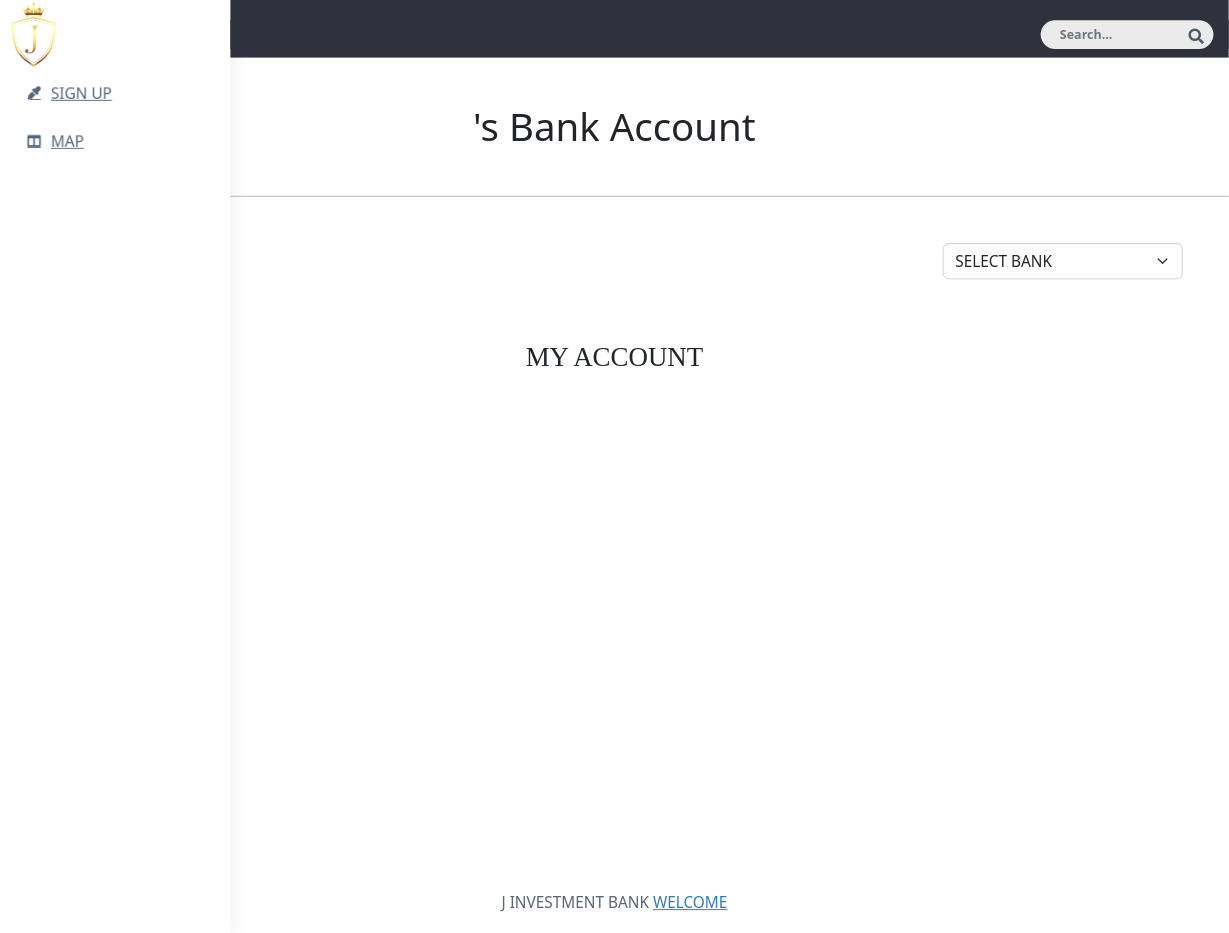
Repository: chopilyeon/HanaOpenBanking
Page: http://localhost/OpenBanking/jsp/bank/checkAccount.jsp
An editor plug-in stored every save of this project. The page is shown before and after the next save, followed by the edit.
The browser window is 1280 px wide. The pictures show the whole page, at 96% of full size.
Some web fonts or font styles are not loaded; a fallback is used. The page is served by Tomcat 9. Other server files are loaded and not shown.

Above is the page before, as saved 2022-08-01 11:53:49.
Console error: SyntaxError: Unexpected token ')'

### OpenBanking/src/main/webapp/jsp/bank/checkAccount.jsp
<%@ page language="java" contentType="text/html; charset=UTF-8"
    pageEncoding="UTF-8"%>
<%@ taglib prefix="c" uri="http://java.sun.com/jsp/jstl/core" %>
<!DOCTYPE html>
<html>
<head>
<meta charset="utf-8">
    <meta http-equiv="X-UA-Compatible" content="IE=edge">
    <!-- Tell the browser to be responsive to screen width -->
    <meta name="viewport" content="width=device-width, initial-scale=1">
    <meta name="keywords"
        content="wrappixel, admin dashboard, html css dashboard, web dashboard, bootstrap 5 admin, bootstrap 5, css3 dashboard, bootstrap 5 dashboard, Ample lite admin bootstrap 5 dashboard, frontend, responsive bootstrap 5 admin template, Ample admin lite dashboard bootstrap 5 dashboard template">
    <meta name="description"
        content="Ample Admin Lite is powerful and clean admin dashboard template, inpired from Bootstrap Framework">
    <meta name="robots" content="noindex,nofollow">
    <title>J investment bank</title>
    <link rel="canonical" href="https://www.wrappixel.com/templates/ample-admin-lite/" />
    <!-- Favicon icon -->
    <link rel="icon" type="image/png" sizes="16x16" href="/OpenBanking/resources/images/favicon.png">
    <!-- Custom CSS -->
    <link href="/OpenBanking/resources/css/chartist.min.css" rel="stylesheet">
    <link rel="stylesheet" href="/OpenBanking/resources/css/chartist-plugin-tooltip.css">
    <!-- Custom CSS -->
    <link href="/OpenBanking/resources/css/style.min.css" rel="stylesheet">
    <link href="/OpenBanking/resources/css/onlyForMe.css" rel="stylesheet">
    <link href="/OpenBanking/resources/css/openBanking.css" rel="stylesheet">
    <!-- CSS only -->
    <link href="https://cdn.jsdelivr.net/npm/bootstrap@5.2.0-beta1/dist/css/bootstrap.min.css" rel="stylesheet" integrity="sha384-0evHe/X+R7YkIZDRvuzKMRqM+OrBnVFBL6DOitfPri4tjfHxaWutUpFmBp4vmVor" crossorigin="anonymous">



<!-- JavaScript Bundle with Popper -->
<script src="https://cdn.jsdelivr.net/npm/bootstrap@5.2.0-beta1/dist/js/bootstrap.bundle.min.js" integrity="sha384-pprn3073KE6tl6bjs2QrFaJGz5/SUsLqktiwsUTF55Jfv3qYSDhgCecCxMW52nD2" crossorigin="anonymous"></script>

 <!-- FONT -->
<link rel="preconnect" href="https://fonts.googleapis.com">
<link rel="preconnect" href="https://fonts.gstatic.com" crossorigin>
<link href="https://fonts.googleapis.com/css2?family=Libre+Baskerville:ital@1&display=swap" rel="stylesheet">


<script>
console.log(String("0"+${userVO.phoneNumber}));
console.log(typeof String(${userVO.phoneNumber}))
let withdrawalBankName;
	let selectBoxChange = function(value){
		console.log("값 테스트" + value);
		withdrawalBankName = value;
		$.ajax({

			type:'get'
			,url:'http://localhost:9887/OpenBanking/checkoutBank'
			,data:{
				withdrawalBank:withdrawalBankName,
				phoneNumber:"0"+${userVO.phoneNumber}
			},datetype:'jsonp'
			,success:callback

			,error:function(){
			alert('실패');
			}

		})
	}


	 function callback(result){
		console.log(result);
		console.log("result의 크기"+result.length);
		$('#MyAccount').empty();
		$('#MyAccount').append('<li class="ms-auto"><span class="counter text-success"><li class="ms-auto"><span class="counter text-success">');

		 for(let i=0 ;i <result.length; i++){
			let account = result[i];
			let accountNumber = account.accountNumber;
			let accountAlias = account.bankAlias;
			let accountBankName = account.bankName;
			let transferLimit = account.transferLimit;
			let balance = account.balance;

			$('#MyAccount').append('<div class="col-lg-6 col-xs-12 text-center"><div class="box border border-4 rounded-3 m-5 w-75"><div><div><img src="/OpenBanking/resources/images/bank.png" width="100" alt="homepage"/></div>  <i class="fa fa-behance fa-3x" aria-hidden="true"></i><div class="box-title"><h3>'+ accountBankName +'</h3></div><hr><div class="box-text m-2"><h3>BALANCE</h3><h5>'+balance+' WON</h5></div><hr><div class="box-btn"><h3>TRANSFER LIMIT</h3><h5>'+transferLimit+ ' WON</h5></div><hr><div class="box-btn"><h3>BANK NAME</h3><h5>'+ accountBankName + '</h5></div><hr><div class="box-btn"><h3>ACCOUNT NUMBER</h3><h5>'+accountNumber+'</h5></div></div></div>');
		 }
	 }
</script>













</head>
<body>


	<jsp:include page="/jsp/include/topAndSide.jsp" />

	<section>

	<h1 class="text-center m-5 ">
		${userVO.id}'s Bank Account
	</h1>
	<hr>
    <div class="d-flex justify-content-end m-5">
		<select class="mb-3 form-select" name="withdrawalBankName" id="withdrawalAccountBank" onchange="selectBoxChange(this.value);" style="width:250px;">
			<option value="none">SELECT BANK</option>
		 	<option value="J_INVESTMENT_BANK">J_INVESTMENT_BANK</option>
		 	<option value="BK_BANK">BK_BANK</option>
		 	<option value="BERRY_BANK">BERRY_BANK</option>
		 	<option value="JH_BANK">JH_BANK</option>
		</select>
	</div>
	<div class="d-flex justify-content-center">
    	<h3 class="box-title">MY ACCOUNT</h3>
    </div>
	<div class="social-box m-2 p-2">
	    <div class="container">
	     	<div class="row m-5" id="MyAccount">
	     	<c:forEach items="${ bankList }" var="bankList" varStatus="loop">

			<c:if test="${ bankList.bankName eq 'J_INVESTMENT_BANK'}">
			    <div class="col-lg-6 col-xs-12 text-center">
					<div class="box border border-4 rounded-3 m-5 w-75">
					<div>
  						<img src="/OpenBanking/resources/images/bank.png" width="100" alt="homepage" />
					</div>

	                    <i class="fa fa-behance fa-3x" aria-hidden="true"></i>
						<div class="box-title">
							<h3>${ bankList.bankAlias }</h3>
						</div>
						<hr>
						<div class="box-text m-2">
							<h3>
							BALANCE
							</h3>
							<h5>${ bankList.balance } WON</h5>
						</div>
						<hr>
						<div class="box-btn">
							<h3>
							TRANSFER LIMIT
							</h3>
						    <h5>${ bankList.transferLimit } WON</h5>
						</div>
						<hr>
						<div class="box-btn">
							<h3>
							BANK NAME
							</h3>

						    <h5>${ bankList.bankName }</h5>
						</div>
						<hr>
						<div class="box-btn">
							<h3>
							ACCOUNT NUMBER
							</h3>
						    <h5>${ bankList.accountNumber }</h5>
						</div>
					 </div>
				</div>
				</c:if>
			</c:forEach>

			</div>
	    </div>
	</div>















	</section>








	<jsp:include page="/jsp/include/footer.jsp" />









 <script src="/OpenBanking/resources/js/jquery.min.js"></script>
    <!-- Bootstrap tether Core JavaScript -->
    <script src="/OpenBanking/resources/js/bootstrap.bundle.min.js"></script>
    <script src="/OpenBanking/resources/js/app-style-switcher.js"></script>
    <script src="/OpenBanking/resources/js/jquery.sparkline.min.js"></script>
    <!--Wave Effects -->
    <script src="/OpenBanking/resources/js/waves.js"></script>
    <!--Menu sidebar -->
    <script src="/OpenBanking/resources/js/sidebarmenu.js"></script>
    <!--Custom JavaScript -->
    <script src="/OpenBanking/resources/js/custom.js"></script>
    <!--This page JavaScript -->
    <!--chartis chart-->
    <script src="/OpenBanking/resources/js/chartist.min.js"></script>
    <script src="/OpenBanking/resources/js/chartist-plugin-tooltip.min.js"></script>
    <script src="/OpenBanking/resources/js/dashboard1.js"></script>




</body>
</html>

### OpenBanking/src/main/webapp/jsp/include/footer.jsp
<%@ page language="java" contentType="text/html; charset=UTF-8"
    pageEncoding="UTF-8"%>
  <footer class="footer text-center">
   J INVESTMENT BANK <a href="#">WELCOME</a>
  </footer>

### OpenBanking/src/main/webapp/resources/css/onlyForMe.css
@charset "UTF-8";

body,h2,h3,h4,h5{
	font-family: 'Libre Baskerville', serif;
}

.btn btn-primary{

	font-family: 'Libre Baskerville', serif;

}

h3,p{

	font-family: 'Libre Baskerville', serif;

}





.onlyfor{
	background:url('../images/city.jpg');
	background-size:cover;

}




.onlyfor1{
	background:url('../images/river.jpg');
	background-size:cover;

}




section{
	min-height:800px;

}

.carousel-item{
	height:900px;
}



.carousel-image-1{
	background:url('/OpenBanking/resources/images/city1.jpg');
	background-size:cover;
}

.carousel-image-2{
		background:url('/OpenBanking/resources/images/picture2.jpg');
		background-size:cover;
}

.carousel-image-3{

		background:url('/OpenBanking/resources/images/coffee.jpg');
		background-size:cover;
}



.highcharts-figure,
.highcharts-data-table table {
  min-width: 360px;
  max-width: 800px;
  margin: 1em auto;
}

.highcharts-data-table table {
  font-family: Verdana, sans-serif;
  border-collapse: collapse;
  border: 1px solid #ebebeb;
  margin: 10px auto;
  text-align: center;
  width: 100%;
  max-width: 500px;
}

.highcharts-data-table caption {
  padding: 1em 0;
  font-size: 1.2em;
  color: #555;
}

.highcharts-data-table th {
  font-weight: 600;
  padding: 0.5em;
}

.highcharts-data-table td,
.highcharts-data-table th,
.highcharts-data-table caption {
  padding: 0.5em;
}

.highcharts-data-table thead tr,
.highcharts-data-table tr:nth-child(even) {
  background: #f8f8f8;
}

.highcharts-data-table tr:hover {
  background: #f1f7ff;
}

### OpenBanking/src/main/webapp/resources/css/openBanking.css
@charset "UTF-8";

 #my_modal {
                display: none;
                width: 300px;
                padding: 20px 60px;
                background-color: #fefefe;
                border: 1px solid #888;
                border-radius: 3px;
}


 #my_modal1 {
                display: none;
                width: 300px;
                padding: 20px 60px;
                background-color: #fefefe;
                border: 1px solid #888;
                border-radius: 3px;
}



body{
	list-style: none;
}





#my_modal .modal_close_btn {
                position: absolute;
                top: 10px;
                right: 10px;
}



#my_modal1 .modal_close_btn1 {
                position: absolute;
                top: 10px;
                right: 10px;
}

Loaded but not shown: OpenBanking/src/main/webapp/resources/css/chartist.min.css (library); OpenBanking/src/main/webapp/resources/css/chartist-plugin-tooltip.css (common file); OpenBanking/src/main/webapp/resources/css/style.min.css (library); OpenBanking/src/main/webapp/resources/js/jquery.min.js (library); OpenBanking/src/main/webapp/resources/css/icons/font-awesome/css/fontawesome-all.min.css (library); OpenBanking/src/main/webapp/resources/css/icons/themify-icons/themify-icons.css (common file); OpenBanking/src/main/webapp/resources/js/bootstrap.bundle.min.js (library); OpenBanking/src/main/webapp/resources/js/app-style-switcher.js (common file); OpenBanking/src/main/webapp/resources/js/jquery.sparkline.min.js (library); OpenBanking/src/main/webapp/resources/js/waves.js (library); OpenBanking/src/main/webapp/resources/js/chartist.min.js (library); OpenBanking/src/main/webapp/resources/js/chartist-plugin-tooltip.min.js (library); OpenBanking/src/main/webapp/resources/js/dashboard1.js (79 lines, source omitted); OpenBanking/src/main/webapp/resources/js/sidebarmenu.js (60 lines, source omitted); OpenBanking/src/main/webapp/resources/js/custom.js (35 lines, source omitted); OpenBanking/src/main/webapp/jsp/include/topAndSide.jsp (214 lines, source omitted)

After the next save:
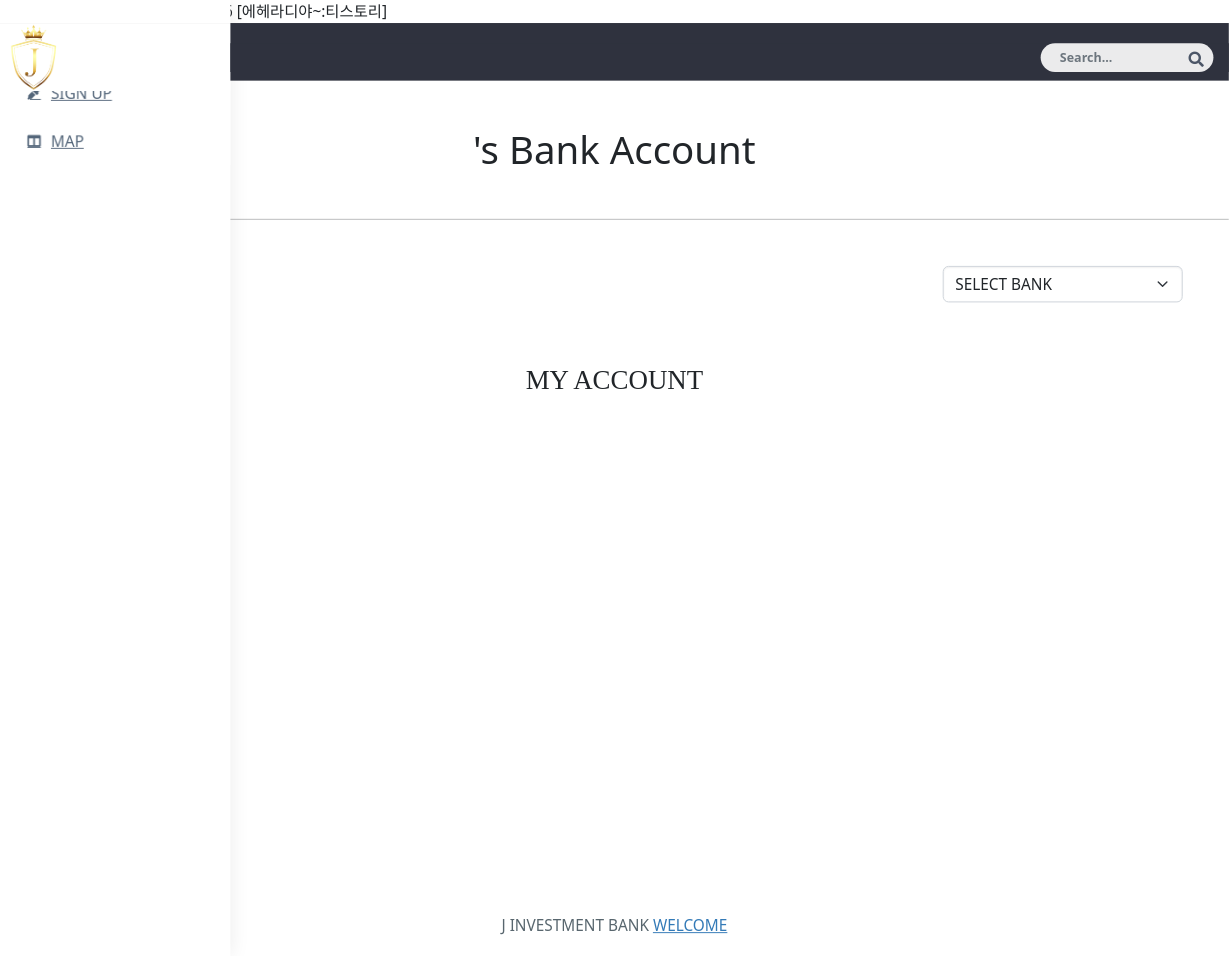
Saved 2 min 2 s later.
--- a/OpenBanking/src/main/webapp/jsp/bank/checkAccount.jsp
+++ b/OpenBanking/src/main/webapp/jsp/bank/checkAccount.jsp
@@ -36,6 +36,15 @@
 <link rel="preconnect" href="https://fonts.googleapis.com">
 <link rel="preconnect" href="https://fonts.gstatic.com" crossorigin>
 <link href="https://fonts.googleapis.com/css2?family=Libre+Baskerville:ital@1&display=swap" rel="stylesheet">
+<style>
+ul{
+   list-style:none;
+   }
+</style>
+출처: https://biju.tistory.com/256 [에헤라디야~:티스토리]
+
+
+
 
 
 <script>

After the save that followed:
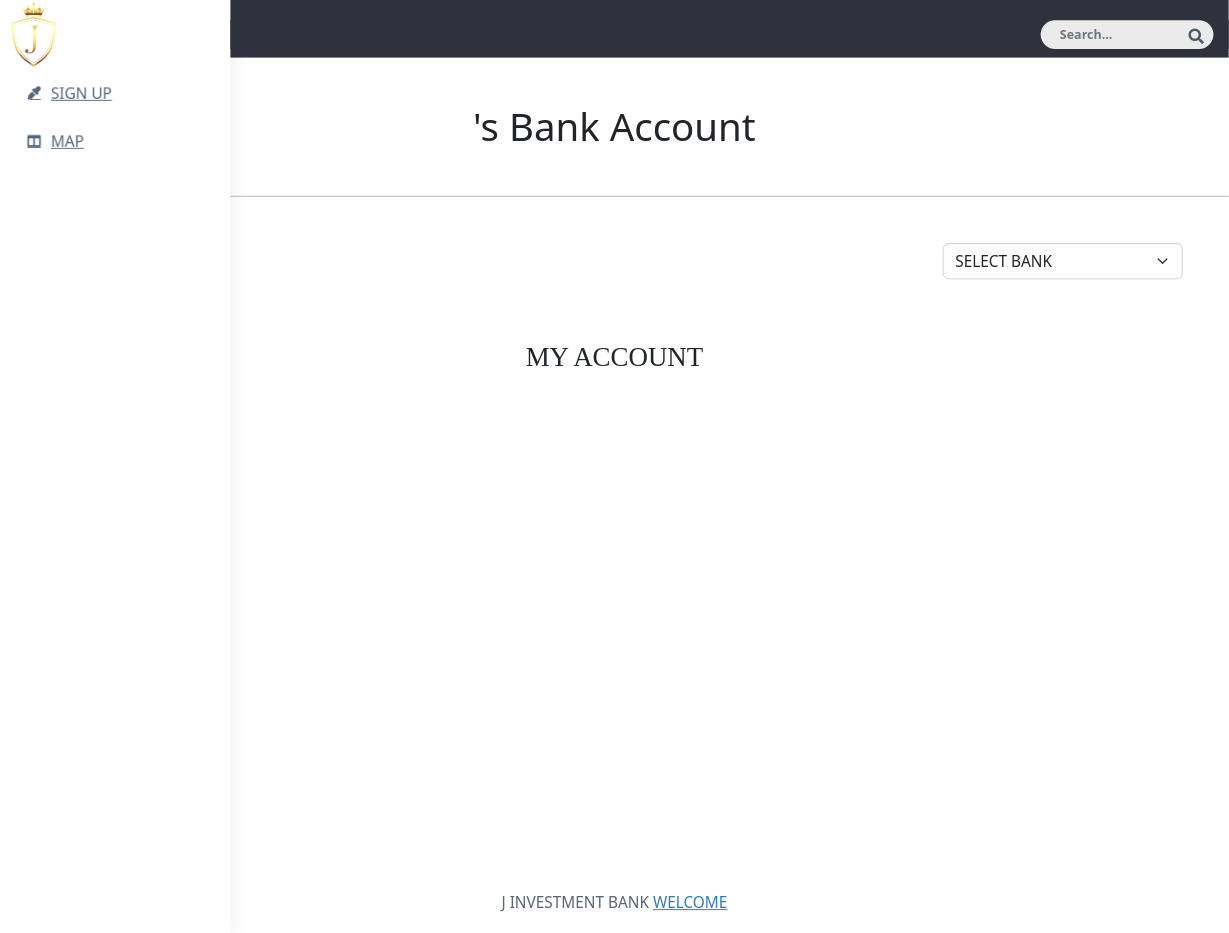
Saved 4 s later.
--- a/OpenBanking/src/main/webapp/jsp/bank/checkAccount.jsp
+++ b/OpenBanking/src/main/webapp/jsp/bank/checkAccount.jsp
@@ -41,7 +41,7 @@
    list-style:none;
    }
 </style>
-출처: https://biju.tistory.com/256 [에헤라디야~:티스토리]
+
 
 
 
